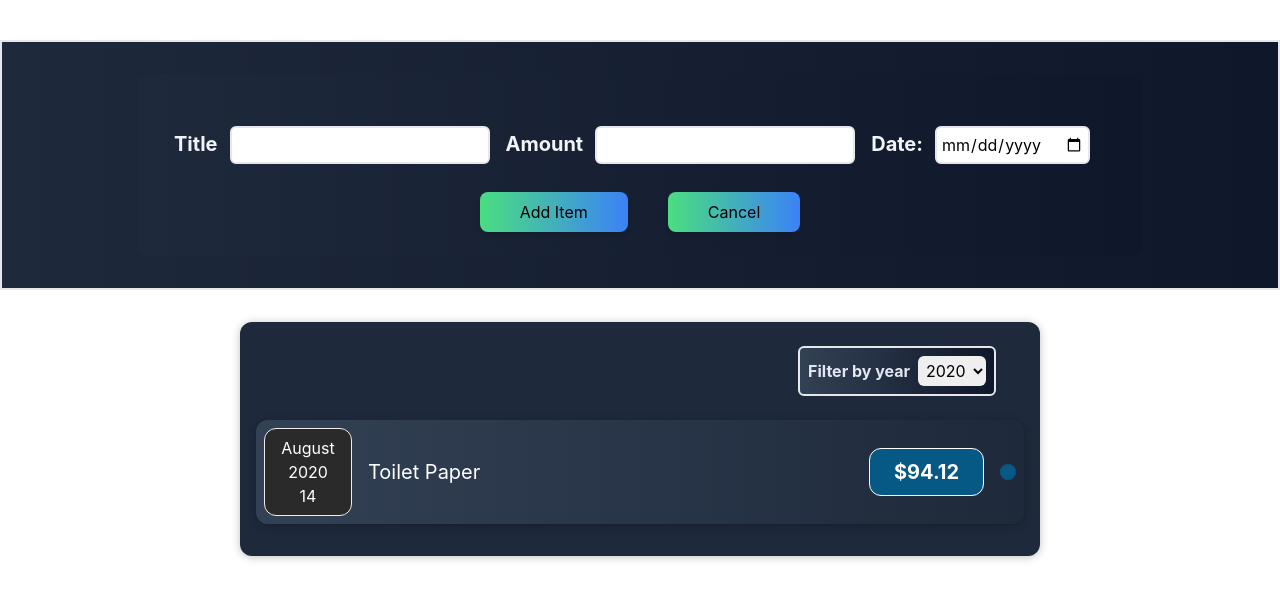
Repository: Sef24/expense-tracker
Page: /, after clicking the first element matching `button.flex`
The author's editor kept a copy of each file at every save. The page is drawn from the files as they stood at one save, then again after the next save.
The browser window is 1280 px wide. The pictures show the whole page.
The project was rebuilt for these pictures with package versions that can differ from the ones it lists, and the page was loaded fresh each time. Also part of the build but not shown: src/components/NewExpense/NewExpense.css, src/components/NewExpense/ExpenseForm.css.

Above is the page before, as saved 2022-05-03 19:10:21.

### public/index.html
<!DOCTYPE html>
<html lang="en">
  <head>
    <meta charset="utf-8" />
    <link rel="icon" href="%PUBLIC_URL%/favicon.ico" />
    <meta name="viewport" content="width=device-width, initial-scale=1" />

    <meta
      name="description"
      content="Web site created using create-react-app"
    />
    <link rel="apple-touch-icon" href="%PUBLIC_URL%/logo192.png" />
    <!--
      manifest.json provides metadata used when your web app is installed on a
      user's mobile device or desktop. See https://developers.google.com/web/fundamentals/web-app-manifest/
    -->
    <link rel="manifest" href="%PUBLIC_URL%/manifest.json" />
    <!--
      Notice the use of %PUBLIC_URL% in the tags above.
      It will be replaced with the URL of the `public` folder during the build.
      Only files inside the `public` folder can be referenced from the HTML.

      Unlike "/favicon.ico" or "favicon.ico", "%PUBLIC_URL%/favicon.ico" will
      work correctly both with client-side routing and a non-root public URL.
      Learn how to configure a non-root public URL by running `npm run build`.
    -->
    <title>React App</title>
  </head>
  <body>
    <noscript>You need to enable JavaScript to run this app.</noscript>
    <div id="root"></div>
    <!--
      This HTML file is a template.
      If you open it directly in the browser, you will see an empty page.

      You can add webfonts, meta tags, or analytics to this file.
      The build step will place the bundled scripts into the <body> tag.

      To begin the development, run `npm start` or `yarn start`.
      To create a production bundle, use `npm run build` or `yarn build`.
    -->
  </body>
</html>

### src/App.js
import Expenses from "./components/Expenses";
import NewExpense from "./components/NewExpense/NewExpense";
import { useState } from "react";

const DUMMY_DATA = [
  {
    id: "e1",
    title: "Toilet Paper",
    amount: 94.12,
    date: new Date(2020, 7, 14),
  },
  { id: "e2", title: "New TV", amount: 799.49, date: new Date(2021, 2, 12) },
  {
    id: "e3",
    title: "Car Insurance",
    amount: 294.67,
    date: new Date(2021, 2, 28),
  },
  {
    id: "e4",
    title: "New Desk (Wooden)",
    amount: 450,
    date: new Date(2021, 5, 12),
  },
];

function App() {
  const [expenses, setExpenses] = useState(DUMMY_DATA);

  const addExpenseHandler = (expense) => {
    setExpenses((prevExpenses) => {
      return [expense, ...prevExpenses];
    });
  };
  return (
    <div>
      <div>
        <NewExpense onAddExpense={addExpenseHandler} />
        <Expenses items={expenses} />
      </div>
    </div>
  );
}

export default App;

### src/components/Expenses.js
import React, { useState } from "react";
import ExpenseItem from "./ExpenseItem";
import "./Expenses.css";
import ExpensesList from "./ExpensesList";
import ExpensesFilter from "./NewExpense/ExpensesFilter";

function Expenses(props) {
  const [filteredYear, setFilteredYear] = useState("2020");

  const filterChangeHandler = (selectedYear) => {
    setFilteredYear(selectedYear);
  };

  const filteredExpenses = props.items.filter((expense) => {
    return expense.date.getFullYear().toString() === filteredYear;
  });

  return (
    <div>
      <div className="expenses  bg-slate-800 ... ">
        <ExpensesFilter
          selected={filteredYear}
          onChangeFilter={filterChangeHandler}
        />
        <ExpensesList items={filteredExpenses} />
      </div>
    </div>
  );
}

export default Expenses;

### src/components/NewExpense/NewExpense.js
import React from "react";
import "./NewExpense.css";
import ExpenseForm from "./ExpenseForm";
import { useState } from "react";

function NewExpense(props) {
  const [isEditing, setIsEditing] = useState(false);

  const saveExpenseDataHandler = (enteredExpenseData) => {
    const expenseData = {
      ...enteredExpenseData,
      id: Math.random().toString(),
    };

    props.onAddExpense(expenseData);
    setIsEditing(false);
  };

  const startEditingHandler = () => {
    setIsEditing(true);
  };

  const stopEditingHandler = () => {
    setIsEditing(false);
  };

  return (
    <div
      className="flex w-full p-4 mt-10 items-center justify-center border-2
      bg-gradient-to-r from-slate-800 to-slate-900 ... px-10"
    >
      {!isEditing && (
        <button
          onClick={startEditingHandler}
          className="flex items-center justify-center border-2 p-4 rounded-lg text-slate-50
          cursor-pointer transition duration-100 transform hover:scale-125 hover:text-white
          bg-cyan-500 text-extra-bold"
        >
          Add Expense
        </button>
      )}
      {isEditing && (
        <ExpenseForm
          onSaveExpenseData={saveExpenseDataHandler}
          onCancel={stopEditingHandler}
        />
      )}
    </div>
  );
}

export default NewExpense;

### src/components/ExpenseItem.js
import React, { useState } from "react";
import "./ExpenseItem.css";
import ExpenseDate from "./ExpenseDate";

function ExpenseItem(props) {
  const [title, setTitle] = useState(props.title);

  const clickHandler = () => {
    setTitle("Updated");
    console.log(title);
  };

  return (
    <li>
      <div className="expense-item bg-gradient-to-r  from-slate-700  to-slate-800 ... border-x-cyan-100 ">
        <ExpenseDate date={props.date} />

        <div className="expense-item__description">
          <h2>{props.title}</h2>

          <div className="expense-item__price bg-sky-800">${props.amount}</div>
        </div>
        <button
          className="p-2 ml-4 border-transparent rounded-full border-0
        bg-sky-800 font-bold text-slate-50"
          onClick={clickHandler}
        ></button>
      </div>
    </li>
  );
}

export default ExpenseItem;

### src/components/Expenses.css
.expenses {
  padding: 1rem;

  margin: 2rem auto;
  width: 50rem;
  max-width: 95%;
  border-radius: 12px;
  box-shadow: 0 1px 8px rgba(0, 0, 0, 0.25);
}

### src/components/ExpensesList.js
import React from "react";

import ExpenseItem from "./ExpenseItem";

const ExpensesList = (props) => {
  if (props.items.length === 0) {
    return (
      <h2 className="text-white font-extrabold text-xl flex items-center justify-center">
        Found no expenses...
      </h2>
    );
  }

  return (
    <ul>
      {props.items.map((expense) => (
        <ExpenseItem
          key={expense.id}
          id={expense.id}
          title={expense.title}
          amount={expense.amount}
          date={expense.date}
        />
      ))}
    </ul>
  );
};

export default ExpensesList;

### src/components/NewExpense/ExpensesFilter.js
import React from "react";

const ExpensesFilter = (props) => {
  const dropdownChangeHandler = (event) => {
    props.onChangeFilter(event.target.value);
  };
  return (
    <div className="">
      <div className="flex justify-end p-2 mr-5 ">
        <div
          className="border-2  rounded-md border-inherit p-2 ml-6
        bg-gradient-to-r from-slate-700 to-slate-900 ..."
        >
          <label className="text-slate-200 font-bold mr-2">
            Filter by year
          </label>
          <select
            value={props.selected}
            onChange={dropdownChangeHandler}
            className="rounded-md p-1"
          >
            <option value="2022">2022</option>
            <option value="2021">2021</option>
            <option value="2020">2020</option>
            <option value="2019">2019</option>
          </select>
        </div>
      </div>
    </div>
  );
};

export default ExpensesFilter;

### src/components/NewExpense/ExpenseForm.js
import React, { useState } from "react";
import "./ExpenseForm.css";

function ExpenseForm(props) {
  const [titleHandler, setTitleHandler] = useState("");
  const [amountHandler, setAmountHandler] = useState("");
  const [dateHandler, setDateHandler] = useState("");

  const handleTitleChange = (event) => {
    setTitleHandler(event.target.value);
  };

  const handleAmountChange = (event) => {
    setAmountHandler(event.target.value);
  };

  const handleDateChange = (event) => {
    setDateHandler(event.target.value);
  };

  const handleSubmit = (event) => {
    event.preventDefault();

    const expenseData = {
      title: titleHandler,
      amount: amountHandler,
      date: new Date(dateHandler),
    };
    props.onSaveExpenseData(expenseData);
    setTitleHandler("");
    setAmountHandler("");
    setDateHandler("");
  };

  return (
    <form
      className="p-4 bg-gradient-to-r from-slate-800 to-slate-900 ... p-6 m-4 rounded-xl
      "
      onSubmit={handleSubmit}
    >
      <div className="flex justify-center pt-4 m-3">
        <div className="font-bold text-slate-100 text-xl mr-1 mt-1">Title</div>
        <input
          className="border-2 mr-4 ml-2 rounded-md p-1 hover:bg-slate-50 active:bg-slate-50 "
          type="text"
          onChange={handleTitleChange}
          value={titleHandler}
        />

        <div className="font-bold text-slate-100 text-xl mr-1 mt-1">Amount</div>
        <input
          className="border-2 mr-4 ml-2 rounded-md p-1 hover:bg-slate-50 active:bg-slate-50"
          type="number"
          min="0.01"
          step="0.01"
          onChange={handleAmountChange}
          value={amountHandler}
        />

        <div className="font-bold text-slate-100 text-xl mr-1 mt-1">Date:</div>
        <input
          className="border-2 mr-4 ml-2 rounded-md p-1 hover:bg-slate-50 active:bg-slate-50"
          type="date"
          onChange={handleDateChange}
          value={dateHandler}
        />
      </div>
      <div className="flex flex-grow space-x-10 items-center justify-center ">
        <button
          type="submit"
          className="p-2 mt-4 px-10 border-3 border-solid rounded-lg shadow-md
          bg-gradient-to-r from-green-400 to-blue-500
          hover:from-pink-500 hover:to-yellow-500 ...
          active:opacity-75"
        >
          Add Item
        </button>
        <button
          type="button"
          onClick={props.onCancel}
          className="p-2 mt-4 px-10 border-3 border-solid rounded-lg shadow-md
          bg-gradient-to-r from-green-400 to-blue-500
          hover:from-pink-500 hover:to-yellow-500 ...
          active:opacity-75"
        >
          Cancel
        </button>
      </div>
    </form>
  );
}

export default ExpenseForm;

### src/components/ExpenseItem.css
.expense-item {
  display: flex;
  justify-content: space-between;
  align-items: center;
  box-shadow: 0 2px 8px rgba(0, 0, 0, 0.25);
  padding: 0.5rem;
  margin: 1rem 0;
  border-radius: 12px;
}

.expense-item__description {
  display: flex;
  flex-direction: column;
  gap: 1rem;
  align-items: flex-end;
  flex-flow: column-reverse;
  justify-content: flex-start;
  flex: 1;
}

.expense-item h2 {
  color: #3a3a3a;
  font-size: 1rem;
  flex: 1;
  margin: 0 1rem;
  color: white;
}

.expense-item__price {
  font-size: 1rem;
  font-weight: bold;
  color: white;

  border: 1px solid white;
  padding: 0.5rem;
  border-radius: 12px;
}

@media (min-width: 580px) {
  .expense-item__description {
    flex-direction: row;
    align-items: center;
    justify-content: flex-start;
    flex: 1;
  }

  .expense-item__description h2 {
    font-size: 1.25rem;
  }

  .expense-item__price {
    font-size: 1.25rem;
    padding: 0.5rem 1.5rem;
  }
}

### src/components/ExpenseDate.js
import React from "react";
import "./ExpenseDate.css";

function ExpenseDate(props) {
  const month = props.date.toLocaleString("en-US", { month: "long" });
  const day = props.date.getDate();
  const year = props.date.getFullYear();

  return (
    <div className="expense-date">
      <div className="expense__month">{month}</div>
      <div className="expense__year">{year}</div>
      <div className="expense__day">{day}</div>
    </div>
  );
}

export default ExpenseDate;

Loaded but not shown: src/index.js (common file); src/index.css (common file); src/components/ExpenseDate.css (common file); tailwind.config.js (common file)

After the next save:
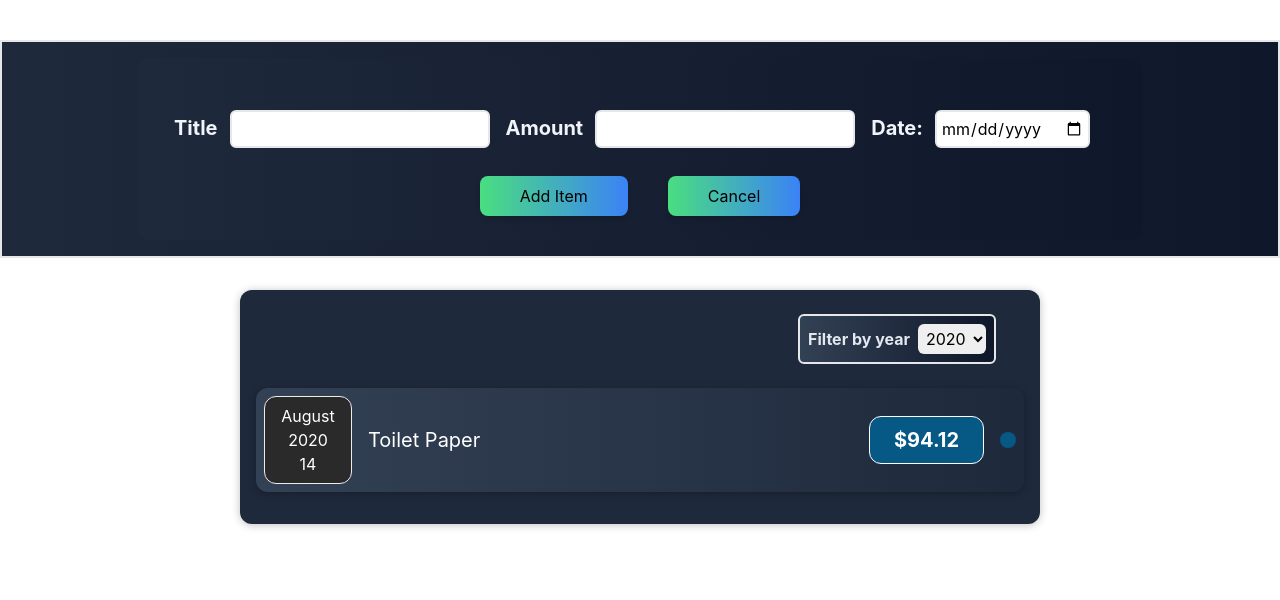
Saved 15 s later.
--- a/src/components/NewExpense/ExpenseForm.js
+++ b/src/components/NewExpense/ExpenseForm.js
@@ -34,7 +34,7 @@ function ExpenseForm(props) {
 
   return (
     <form
-      className="p-4 bg-gradient-to-r from-slate-800 to-slate-900 ... p-6 m-4 rounded-xl
+      className="bg-gradient-to-r from-slate-800 to-slate-900 ... p-6 mx-8 rounded-xl
       "
       onSubmit={handleSubmit}
     >
